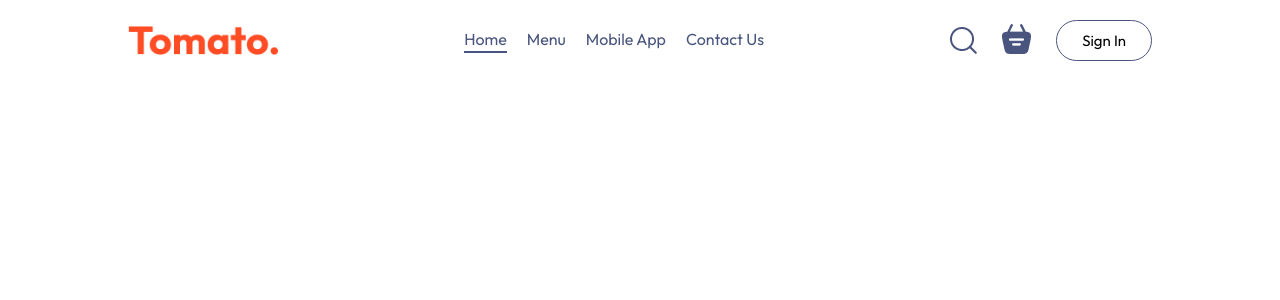
Repository: Attar786/Food-ordering-app
Page: / (app in frontend/)
The author's editor kept a copy of each file at every save. The page is drawn from the files as they stood at one save, then again after the next save.
The browser window is 1280 px wide. The pictures show the whole page.
The project was rebuilt for these pictures with package versions that can differ from the ones it lists, and the page was loaded fresh each time. Also part of the build but not shown: frontend/vite.config.js.

Above is the page before, as saved 2024-07-12 21:12:01.

### frontend/src/App.jsx
import './index.css'
import Navbar from "./components/Navbar/Navbar"


function App() {

  return (
    <>

  <div className='app'>
  <Navbar/>

  </div>
    </>
  )
}

export default App

### frontend/src/index.css
@import url('https://fonts.googleapis.com/css2?family=Outfit:wght@100..900&display=swap');


*{
margin: 0;
padding: 0;
 box-sizing: border-box;
 font-family: outfit;
}
body{
height: 100vh;
}
a{
text-decoration: none;
color : inherit;
}
.app{
    width: 80%;
    margin: auto;
}

### frontend/src/components/Navbar/Navbar.jsx
import { useState } from 'react';
import './Navbar.css';
import { assets } from '../../assets/assets';

const Navbar = () => {
  const [menu, setMenu] = useState("home");

  const handleMenuClick = (menuItem) => {
    setMenu(menuItem);
  };

  return (
    <div className="Navbar">
      <img src={assets.logo} alt="Logo" className="logo" />
      <ul className="navbar-menu">
        <li onClick={() => handleMenuClick("home")} className={menu === "home" ? "active" : ""}>Home</li>
        <li onClick={() => handleMenuClick("menu")} className={menu === "menu" ? "active" : ""}>Menu</li>
        <li onClick={() => handleMenuClick("mobile-app")} className={menu === "mobile-app" ? "active" : ""}>Mobile App</li>
        <li onClick={() => handleMenuClick("contact-us")} className={menu === "contact-us" ? "active" : ""}>Contact Us</li>
      </ul>
      <div className="navbar-right">
        <img src={assets.search_icon} alt="search-icon" />
        <div>
          <img src={assets.basket_icon} alt="icons" />
          <div className="dot"></div>
        </div>
        <button>Sign In</button>
      </div>
    </div>
  );
}

export default Navbar;

### frontend/src/components/Navbar/Navbar.css
.Navbar{
    padding: 20px 0;
    display: flex;
    justify-content: space-between;
    align-items: center;
}
.Navbar .logo{
    width: 150px;
}
.navbar-menu{
    display: flex;
    list-style: none;
    gap: 20px;
    font: 18px;
    color: #49557e;
    cursor: pointer;
}
.navbar-right{
    display: flex;
    align-items: center;
    gap: 25px;

}
.Navbar button{
    font-size: 15px;
    border: 1px solid #49557e;
    background: transparent;
    padding: 10px 25px;
    cursor: pointer;
    border-radius: 40px;
    transition: 0.3s;
}
.Navbar button:hover{
    background-color: #fff4f2;
}
.Navbar .navbar-menu .active{
    padding-bottom: 2px;
    border-bottom: 2px solid #49557e;

}
.search-icon{
    position: relative;
}
.search-icon .dot{
    position: absolute;
    min-width: 10px;
    min-height: 10px;
    background-color : tomato;
    border-radius: 5px;
    top: -8px;
    right: -8px;
    transform: translate(-50%,-50%);
}

### frontend/src/assets/assets.js
import basket_icon from './basket_icon.png'
import logo from './logo.png'
import header_img from './header_img.png'
import search_icon from './search_icon.png'
import menu_1 from './menu_1.png'
import menu_2 from './menu_2.png'
import menu_3 from './menu_3.png'
import menu_4 from './menu_4.png'
import menu_5 from './menu_5.png'
import menu_6 from './menu_6.png'
import menu_7 from './menu_7.png'
import menu_8 from './menu_8.png'

import food_1 from './food_1.png'
import food_2 from './food_2.png'
import food_3 from './food_3.png'
import food_4 from './food_4.png'
import food_5 from './food_5.png'
import food_6 from './food_6.png'
import food_7 from './food_7.png'
import food_8 from './food_8.png'
import food_9 from './food_9.png'
import food_10 from './food_10.png'
import food_11 from './food_11.png'
import food_12 from './food_12.png'
import food_13 from './food_13.png'
import food_14 from './food_14.png'
import food_15 from './food_15.png'
import food_16 from './food_16.png'
import food_17 from './food_17.png'
import food_18 from './food_18.png'
import food_19 from './food_19.png'
import food_20 from './food_20.png'
import food_21 from './food_21.png'
import food_22 from './food_22.png'
import food_23 from './food_23.png'
import food_24 from './food_24.png'
import food_25 from './food_25.png'
import food_26 from './food_26.png'
import food_27 from './food_27.png'
import food_28 from './food_28.png'
import food_29 from './food_29.png'
import food_30 from './food_30.png'
import food_31 from './food_31.png'
import food_32 from './food_32.png'

import add_icon_white from './add_icon_white.png'
import add_icon_green from './add_icon_green.png'
import remove_icon_red from './remove_icon_red.png'
import app_store from './app_store.png'
import play_store from './play_store.png'
import linkedin_icon from './linkedin_icon.png'
import facebook_icon from './facebook_icon.png'
import twitter_icon from './twitter_icon.png'
import cross_icon from './cross_icon.png'
import selector_icon from './selector_icon.png'
import rating_starts from './rating_starts.png'
import profile_icon from './profile_icon.png'
import bag_icon from './bag_icon.png'
import logout_icon from './logout_icon.png'
import parcel_icon from './parcel_icon.png'

export const assets = {
    logo,
    basket_icon,
    header_img,
    search_icon,
    rating_starts,
    add_icon_green,
    add_icon_white,
    remove_icon_red,
    app_store,
    play_store,
    linkedin_icon,
    facebook_icon,
    twitter_icon,
    cross_icon,
    selector_icon,
    profile_icon,
    logout_icon,
    bag_icon,
    parcel_icon
}

export const menu_list = [
    {
        menu_name: "Salad",
        menu_image: menu_1
    },
    {
        menu_name: "Rolls",
        menu_image: menu_2
    },
    {
        menu_name: "Deserts",
        menu_image: menu_3
    },
    {
        menu_name: "Sandwich",
        menu_image: menu_4
    },
    {
        menu_name: "Cake",
        menu_image: menu_5
    },
    {
        menu_name: "Pure Veg",
        menu_image: menu_6
    },
    {
        menu_name: "Pasta",
        menu_image: menu_7
    },
    {
        menu_name: "Noodles",
        menu_image: menu_8
    }]

export const food_list = [
    {
        _id: "1",
        name: "Greek salad",
        image: food_1,
        price: 12,
        description: "Food provides essential nutrients for overall health and well-being",
        category: "Salad"
    },
    {
        _id: "2",
        name: "Veg salad",
        image: food_2,
        price: 18,
        description: "Food provides essential nutrients for overall health and well-being",
        category: "Salad"
    }, {
        _id: "3",
        name: "Clover Salad",
        image: food_3,
        price: 16,
        description: "Food provides essential nutrients for overall health and well-being",
        category: "Salad"
    }, {
        _id: "4",
        name: "Chicken Salad",
        image: food_4,
        price: 24,
        description: "Food provides essential nutrients for overall health and well-being",
        category: "Salad"
    }, {
        _id: "5",
        name: "Lasagna Rolls",
        image: food_5,
        price: 14,
        description: "Food provides essential nutrients for overall health and well-being",
        category: "Rolls"
    }, {
        _id: "6",
        name: "Peri Peri Rolls",
        image: food_6,
        price: 12,
        description: "Food provides essential nutrients for overall health and well-being",
        category: "Rolls"
    }, {
        _id: "7",
        name: "Chicken Rolls",
        image: food_7,
        price: 20,
        description: "Food provides essential nutrients for overall health and well-being",
        category: "Rolls"
    }, {
        _id: "8",
        name: "Veg Rolls",
        image: food_8,
        price: 15,
        description: "Food provides essential nutrients for overall health and well-being",
        category: "Rolls"
    }, {
        _id: "9",
        name: "Ripple Ice Cream",
        image: food_9,
        price: 14,
        description: "Food provides essential nutrients for overall health and well-being",
        category: "Deserts"
    }, {
        _id: "10",
        name: "Fruit Ice Cream",
        image: food_10,
        price: 22,
        description: "Food provides essential nutrients for overall health and well-being",
        category: "Deserts"
    }, {
        _id: "11",
        name: "Jar Ice Cream",
        image: food_11,
        price: 10,
        description: "Food provides essential nutrients for overall health and well-being",
        category: "Deserts"
    }, {
        _id: "12",
        name: "Vanilla Ice Cream",
        image: food_12,
        price: 12,
        description: "Food provides essential nutrients for overall health and well-being",
        category: "Deserts"
    },
    {
        _id: "13",
        name: "Chicken Sandwich",
        image: food_13,
        price: 12,
        description: "Food provides essential nutrients for overall health and well-being",
        category: "Sandwich"
    },
    {
        _id: "14",
        name: "Vegan Sandwich",
        image: food_14,
        price: 18,
        description: "Food provides essential nutrients for overall health and well-being",
        category: "Sandwich"
    }, {
        _id: "15",
        name: "Grilled Sandwich",
        image: food_15,
        price: 16,
        description: "Food provides essential nutrients for overall health and well-being",
        category: "Sandwich"
    }, {
        _id: "16",
        name: "Bread Sandwich",
        image: food_16,
        price: 24,
        description: "Food provides essential nutrients for overall health and well-being",
        category: "Sandwich"
    }, {
        _id: "17",
        name: "Cup Cake",
        image: food_17,
        price: 14,
        description: "Food provides essential nutrients for overall health and well-being",
        category: "Cake"
    }, {
        _id: "18",
        name: "Vegan Cake",
        image: food_18,
        price: 12,
        description: "Food provides essential nutrients for overall health and well-being",
        category: "Cake"
    }, {
        _id: "19",
        name: "Butterscotch Cake",
        image: food_19,
        price: 20,
        description: "Food provides essential nutrients for overall health and well-being",
        category: "Cake"
    }, {
        _id: "20",
        name: "Sliced Cake",
        image: food_20,
        price: 15,
        description: "Food provides essential nutrients for overall health and well-being",
        category: "Cake"
    }, {
        _id: "21",
        name: "Garlic Mushroom ",
        image: food_21,
        price: 14,
        description: "Food provides essential nutrients for overall health and well-being",
        category: "Pure Veg"
    }, {
        _id: "22",
        name: "Fried Cauliflower",
        image: food_22,
        price: 22,
        description: "Food provides essential nutrients for overall health and well-being",
        category: "Pure Veg"
    }, {
        _id: "23",
        name: "Mix Veg Pulao",
        image: food_23,
        price: 10,
        description: "Food provides essential nutrients for overall health and well-being",
        category: "Pure Veg"
    }, {
        _id: "24",
        name: "Rice Zucchini",
        image: food_24,
        price: 12,
        description: "Food provides essential nutrients for overall health and well-being",
        category: "Pure Veg"
    },
    {
        _id: "25",
        name: "Cheese Pasta",
        image: food_25,
        price: 12,
        description: "Food provides essential nutrients for overall health and well-being",
        category: "Pasta"
    },
    {
        _id: "26",
        name: "Tomato Pasta",
        image: food_26,
        price: 18,
        description: "Food provides essential nutrients for overall health and well-being",
        category: "Pasta"
    }, {
        _id: "27",
        name: "Creamy Pasta",
        image: food_27,
        price: 16,
        description: "Food provides essential nutrients for overall health and well-being",
        category: "Pasta"
    }, {
        _id: "28",
        name: "Chicken Pasta",
        image: food_28,
        price: 24,
        description: "Food provides essential nutrients for overall health and well-being",
        category: "Pasta"
    }, {
        _id: "29",
        name: "Buttter Noodles",
        image: food_29,
        price: 14,
        description: "Food provides essential nutrients for overall health and well-being",
        category: "Noodles"
    }, {
        _id: "30",
        name: "Veg Noodles",
        image: food_30,
        price: 12,
        description: "Food provides essential nutrients for overall health and well-being",
        category: "Noodles"
    }, {
        _id: "31",
        name: "Somen Noodles",
        image: food_31,
        price: 20,
        description: "Food provides essential nutrients for overall health and well-being",
        category: "Noodles"
    }, {
        _id: "32",
        name: "Cooked Noodles",
        image: food_32,
        price: 15,
        description: "Food provides essential nutrients for overall health and well-being",
        category: "Noodles"
    }
]

Loaded but not shown: frontend/index.html (common file); frontend/src/main.jsx (common file)

After the next save:
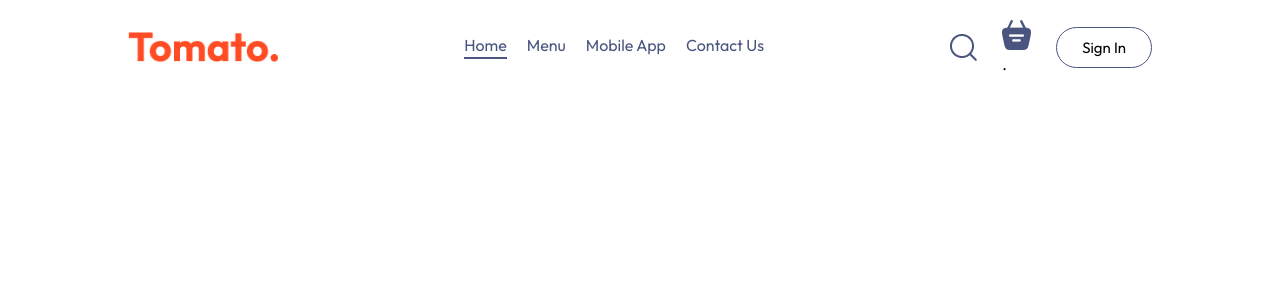
Saved 19 s later.
--- a/frontend/src/components/Navbar/Navbar.jsx
+++ b/frontend/src/components/Navbar/Navbar.jsx
@@ -22,7 +22,7 @@ const Navbar = () => {
         <img src={assets.search_icon} alt="search-icon" />
         <div>
           <img src={assets.basket_icon} alt="icons" />
-          <div className="dot"></div>
+          <div className="dot">.</div>
         </div>
         <button>Sign In</button>
       </div>

After the save that followed:
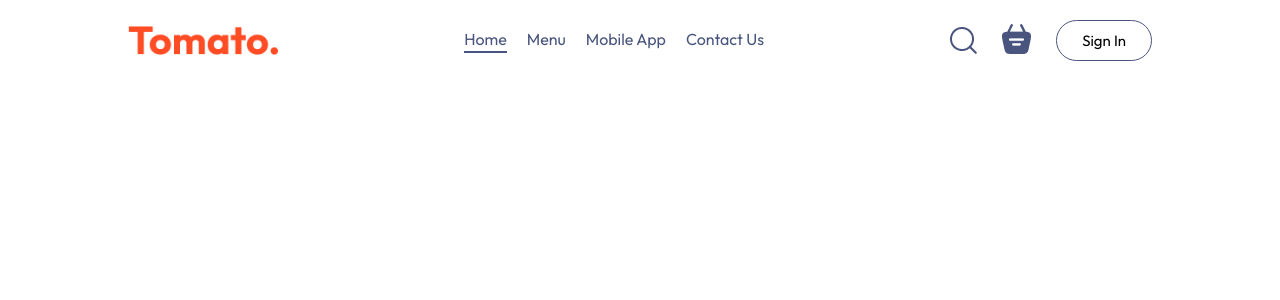
Saved 6 s later.
--- a/frontend/src/components/Navbar/Navbar.jsx
+++ b/frontend/src/components/Navbar/Navbar.jsx
@@ -22,7 +22,7 @@ const Navbar = () => {
         <img src={assets.search_icon} alt="search-icon" />
         <div>
           <img src={assets.basket_icon} alt="icons" />
-          <div className="dot">.</div>
+          <div className="dot"></div>
         </div>
         <button>Sign In</button>
       </div>
